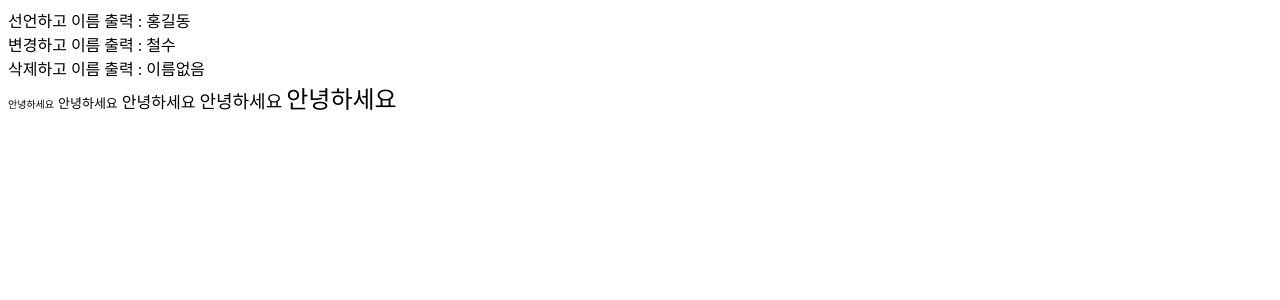
Repository: Hyuk-II/2-2
Page: http://localhost/11주차_실습/test1.jsp
The author's editor kept a copy of each file at every save. The page is drawn from the files as they stood at one save, then again after the next save.
The browser window is 1280 px wide. The pictures show the whole page.
The page is served by Tomcat 9.

Above is the page before, as saved 2024-12-12 03:08:53.

After the next save:
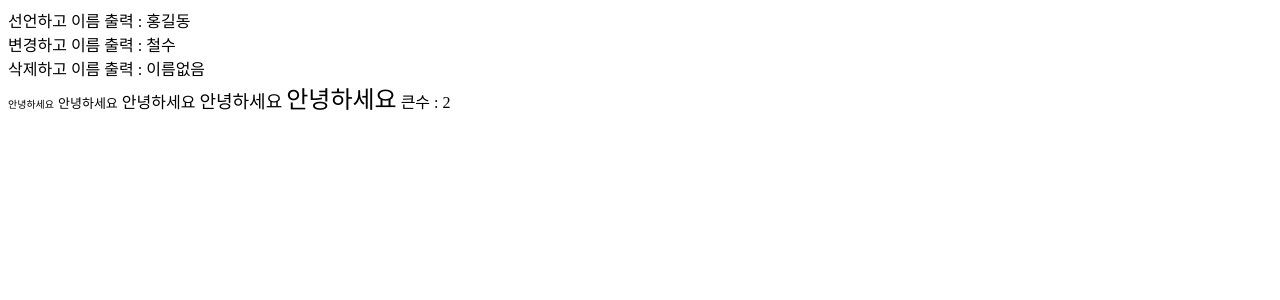
Saved 9 s later.
--- a/웹 프로그래밍/11주차 실습/src/main/webapp/test1.jsp
+++ b/웹 프로그래밍/11주차 실습/src/main/webapp/test1.jsp
@@ -26,5 +26,8 @@
 	<c:if test="${num1>num2}">
 		큰수 : ${num1}
 	</c:if>
+	<c:if test="${num1<num2}">
+		큰수 : ${num2}
+	</c:if>
 </body>
 </html>
